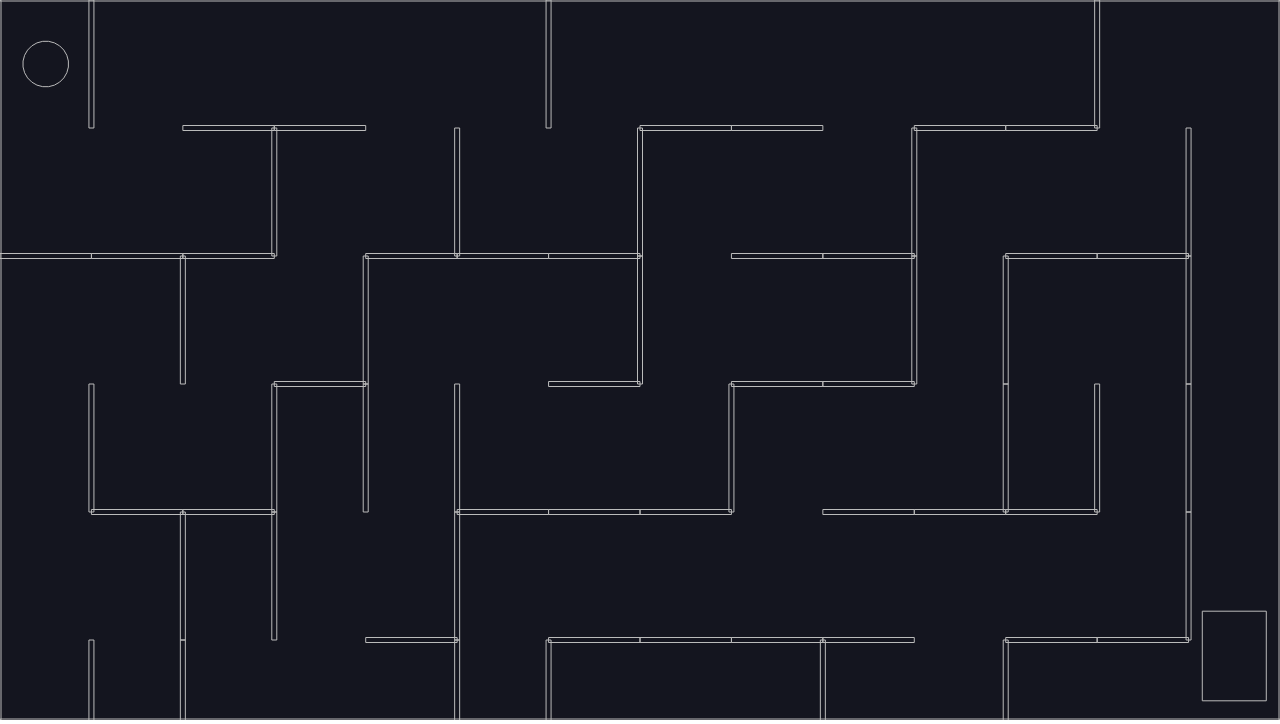
Repository: zhapar/JS-Bootcamp
Page: 3. Maze/index.html
These files come from the project's save history. The page is drawn as it stood at one moment and after a run of saves; the edit follows.
The browser window is 1280 px wide. The pictures show the whole page.
Some web libraries are served in a nearby version.

Above is the page before, as saved 2020-07-17 17:41:38.

After the next 2 saves:
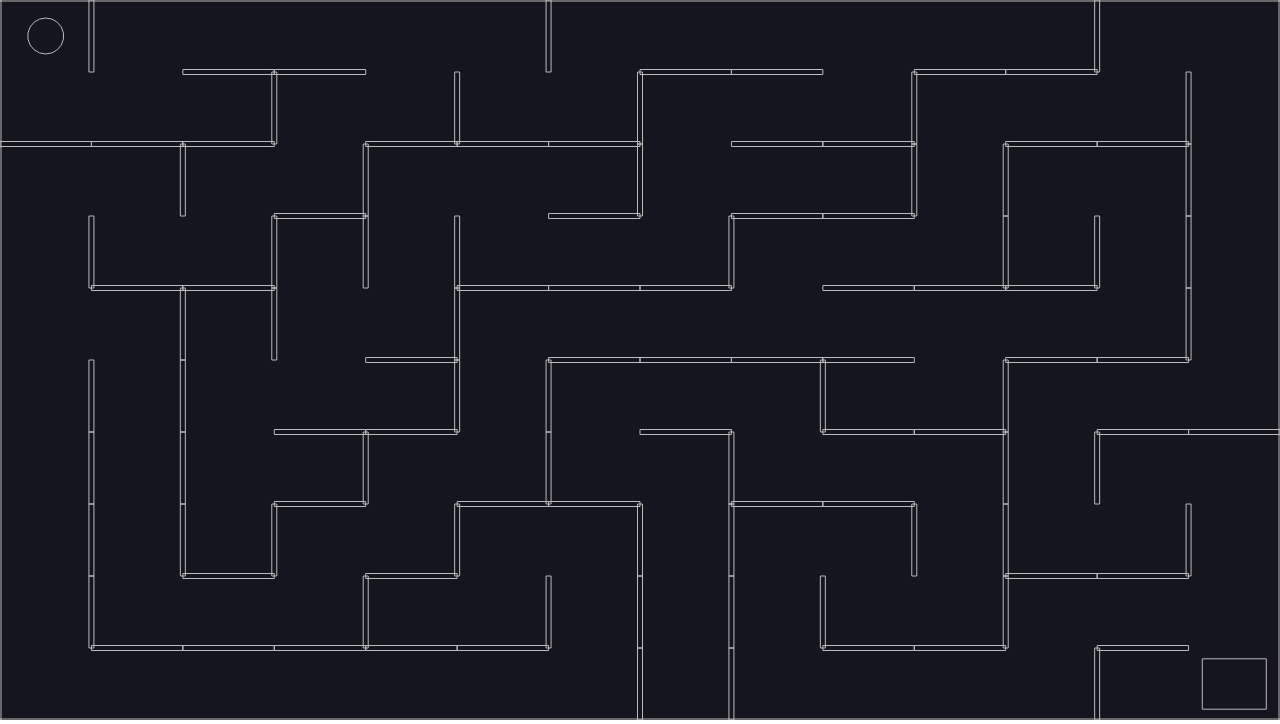
The 2 saves are shown as one change because they came seconds apart.
The last was saved 64 s later.
--- a/3. Maze/app.js
+++ b/3. Maze/app.js
@@ -16,7 +16,7 @@ const width = window.innerWidth;
 const height = window.innerHeight;
 
 const unitLengthX = width / cellsHorizontal;
-const unitLengthY = width / cellsVertical;
+const unitLengthY = height / cellsVertical;
 
 const engine = Engine.create();
 
